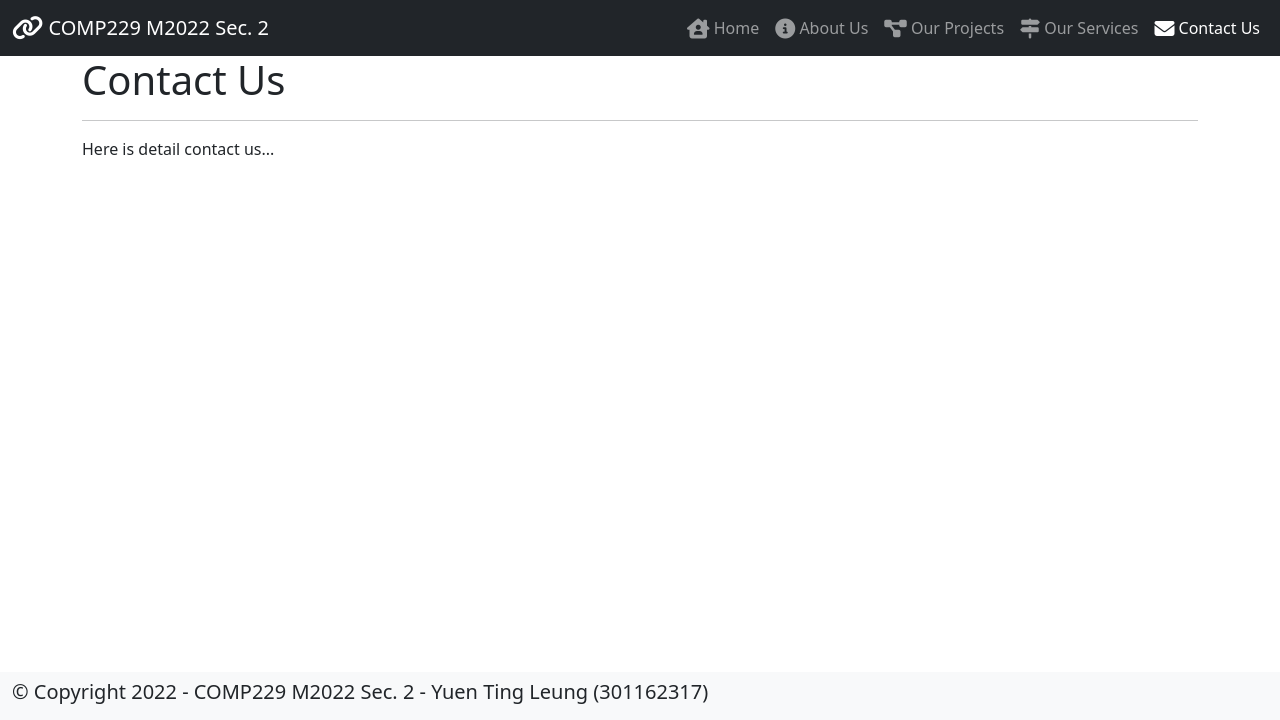
Repository: kennixfun/COMP229-M2022-Lab
Page: /contact (app in Front-End/)
The author's editor kept a copy of each file at every save. The page is drawn from the files as they stood at one save, then again after a run of saves.
The browser window is 1280 px wide. The pictures show the whole page.
The project was rebuilt for these pictures with package versions that can differ from the ones it lists, and the page was loaded fresh each time. Also part of the build but not shown: Front-End/src/content/home.tsx, Front-End/src/content/about.tsx, Front-End/src/content/projects.tsx, Front-End/src/content/services.tsx, Front-End/src/App.css.

Above is the page before, as saved 2022-07-19 21:56:12.

### Front-End/public/index.html
<!DOCTYPE html>
<html lang="en">
  <head>
    <meta charset="utf-8" />
    <link rel="icon" href="%PUBLIC_URL%/favicon.ico" />
    <meta name="viewport" content="width=device-width, initial-scale=1" />
    <meta name="theme-color" content="#000000" />
    <meta
      name="description"
      content="Web site created using create-react-app"
    />
    <link rel="apple-touch-icon" href="%PUBLIC_URL%/logo192.png" />
    <!--
      manifest.json provides metadata used when your web app is installed on a
      user's mobile device or desktop. See https://developers.google.com/web/fundamentals/web-app-manifest/
    -->
    <link rel="manifest" href="%PUBLIC_URL%/manifest.json" />
    <!--
      Notice the use of %PUBLIC_URL% in the tags above.
      It will be replaced with the URL of the `public` folder during the build.
      Only files inside the `public` folder can be referenced from the HTML.

      Unlike "/favicon.ico" or "favicon.ico", "%PUBLIC_URL%/favicon.ico" will
      work correctly both with client-side routing and a non-root public URL.
      Learn how to configure a non-root public URL by running `npm run build`.
    -->
    <title>COMP 229</title>
  </head>
  <body>
    <noscript>You need to enable JavaScript to run this app.</noscript>
    <div id="root"></div>
    <!--
      This HTML file is a template.
      If you open it directly in the browser, you will see an empty page.

      You can add webfonts, meta tags, or analytics to this file.
      The build step will place the bundled scripts into the <body> tag.

      To begin the development, run `npm start` or `yarn start`.
      To create a production bundle, use `npm run build` or `yarn build`.
    -->
  </body>
</html>

### Front-End/src/App.tsx
import React from 'react';
import { BrowserRouter, Route, Routes } from 'react-router-dom';

// Common Components
import Header from './components/header';
import Footer from './components/footer';

// Content Components
import Home from './content/home';
import About from './content/about';
import Projects from './content/projects';
import Services from './content/services';
import Contact from './content/contact';

// Styles and Fonts
import 'bootstrap/dist/css/bootstrap.min.css';
import '@fortawesome/fontawesome-free/css/all.min.css';
import './App.css';

function App() {
  return (
    <div className="App">
      <BrowserRouter>
        <Header></Header>

        {/* Client-Side Routing */}
        <Routes>
          <Route path="/" element={<Home />} />
          <Route path="/home" element={<Home />} />
          <Route path="/about" element={<About />} />
          <Route path="/projects" element={<Projects />} />
          <Route path="/services" element={<Services />} />
          <Route path="/contact" element={<Contact />} />
        </Routes>

        <Footer></Footer>
      </BrowserRouter>
    </div>
  );
}

export default App;

### Front-End/src/components/header.tsx
import React from 'react';
import { NavLink } from 'react-router-dom';

function Header()
{
    return (
        <nav className="navbar navbar-expand-lg navbar-dark bg-dark">
    <div className="container-fluid">
      <NavLink to={"/"} className="navbar-brand"><i className="fa-solid fa-link fa-lg"></i> COMP229 M2022 Sec. 2</NavLink>
      <button className="navbar-toggler" type="button" data-bs-toggle="collapse" data-bs-target="#navbarSupportedContent" aria-controls="navbarSupportedContent" aria-expanded="false" aria-label="Toggle navigation">
        <span className="navbar-toggler-icon"></span>
      </button>
      <div className="collapse navbar-collapse" id="navbarSupportedContent">
        <ul className="navbar-nav ms-auto mb-2 mb-lg-0">
          <li className="nav-item">
            <NavLink to={"/home"} className="nav-link" aria-current="page"><i className="fa-solid fa-house-chimney-user fa-lg"></i> Home</NavLink>
          </li>
          <li className="nav-item">
            <NavLink to={"/about"} className="nav-link" aria-current="page"><i className="fa-solid fa-circle-info fa-lg"></i> About Us</NavLink>
          </li>
          <li className="nav-item">
            <NavLink to={"/projects"} className="nav-link" aria-current="page"><i className="fa-solid fa-diagram-project fa-lg"></i> Our Projects</NavLink>
          </li>
          <li className="nav-item">
            <NavLink to={"/services"} className="nav-link" aria-current="page"><i className="fa-solid fa-signs-post fa-lg"></i> Our Services</NavLink>
          </li>
          <li className="nav-item">
            <NavLink to={"/contact"} className="nav-link" aria-current="page"><i className="fa-solid fa-envelope fa-lg"></i> Contact Us</NavLink>
          </li>
        </ul>
      </div>
    </div>
  </nav>
    )
}

export default Header;

### Front-End/src/components/footer.tsx
import React from 'react';

// Footer Component
function Footer()
{
    function getDate(): number
    {
      let date = new Date();
      return date.getFullYear();
    }
    return(
        <nav className="navbar fixed-bottom bg-light">
          <div className="container-fluid">
          <h5 id="copyright">&copy; Copyright { getDate()} - COMP229 M2022 Sec. 2 - Yuen Ting Leung (301162317)</h5>
         </div>
        </nav>
    );
}

export default Footer;

### Front-End/src/content/contact.tsx
import React, { useEffect } from 'react';

function Contact()
{
    useEffect(()=>{
        document.title = "Contact Us";
    });

    return(
        <div className="container">
            <h1>Contact Us</h1>
            <hr />
            <p>Here is detail contact us...</p>
        </div>
    );
}

export default Contact;

Loaded but not shown: Front-End/src/index.tsx (common file); Front-End/src/index.css (common file); Front-End/src/reportWebVitals.ts (common file)

After the next 2 saves:
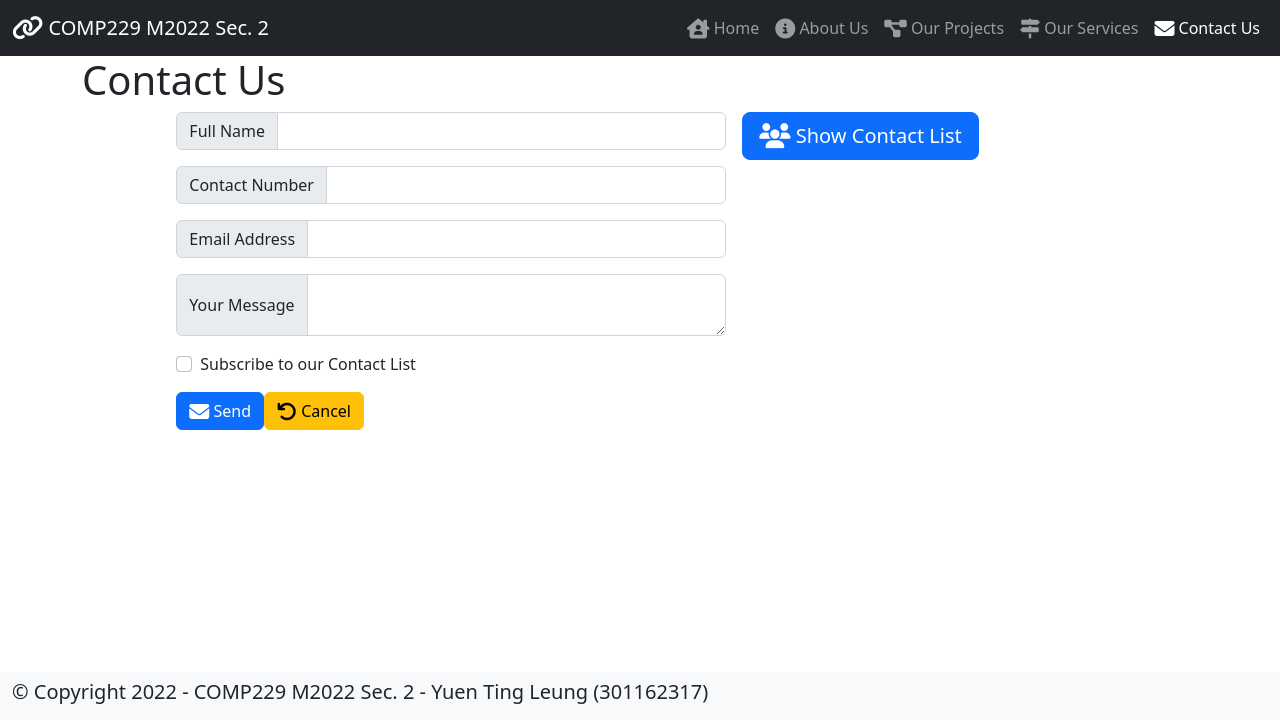
The 2 saves are shown as one change because 1 did not build or start.
The last was saved 3 min 38 s later.
--- a/Front-End/src/content/contact.tsx
+++ b/Front-End/src/content/contact.tsx
@@ -1,4 +1,5 @@
 import React, { useEffect } from 'react';
+import { Link } from 'react-router-dom';
 
 function Contact()
 {
@@ -9,8 +10,49 @@ function Contact()
     return(
         <div className="container">
             <h1>Contact Us</h1>
-            <hr />
-            <p>Here is detail contact us...</p>
+                {/*
+                <div id="messageArea" className="alert alert-success"></div>
+                */}
+                <div className="row justify-content-lg-center g-3">
+                <form className="col-lg-6 col-md-10 col-sm-10">
+
+                    <div className="input-group mb-3">
+                    <span className="input-group-text">Full Name</span>
+                    <input id="fullName" name="fullName" type="text" className="form-control"
+                    aria-label="Full Name" aria-describedby="Full Name Input" required/>
+                    </div>
+
+                    <div className="input-group mb-3">
+                    <span className="input-group-text">Contact Number</span>
+                    <input id="contactNumber" name="contactNumber" type="tel" className="form-control"
+                    aria-label="Contact Number" aria-describedby="Contact Number Input" required/>
+                    </div>
+
+                    <div className="input-group mb-3">
+                    <span className="input-group-text">Email Address</span>
+                    <input id="emailAddress" name="emailAddress" type="email" className="form-control"
+                    aria-label="Email Address" aria-describedby="Email Address Input" required/>
+                    </div>
+
+                    <div className="input-group mb-3">
+                    <span className="input-group-text">Your Message</span>
+                    <textarea id="message" name="message" className="form-control" aria-label="Message Area"></textarea>
+                    </div>
+
+                    <div className="mb-3 form-check">
+                    <input id="subscribeCheckbox" name="subscribeCheckbox" type="checkbox" className="form-check-input" />
+                    <label className="form-check-label">Subscribe to our Contact List</label>
+                    </div>
+
+                    <button id="sendButton" type="submit" className="btn btn-primary"><i className="fas fa-envelope fa-lg"></i> Send</button>
+                    <button id="cancelButton" type="reset" className="btn btn-warning"><i className="fas fa-undo fa-lg"></i> Cancel</button>
+                </form>
+
+                <div className="col-lg-4 col-md-4">
+                    <Link to={"/contact-list"} className="btn btn-primary btn-lg link"><i className="fas fa-users fa-lg"></i> Show Contact List</Link>
+                </div>
+
+                </div>
         </div>
     );
 }
